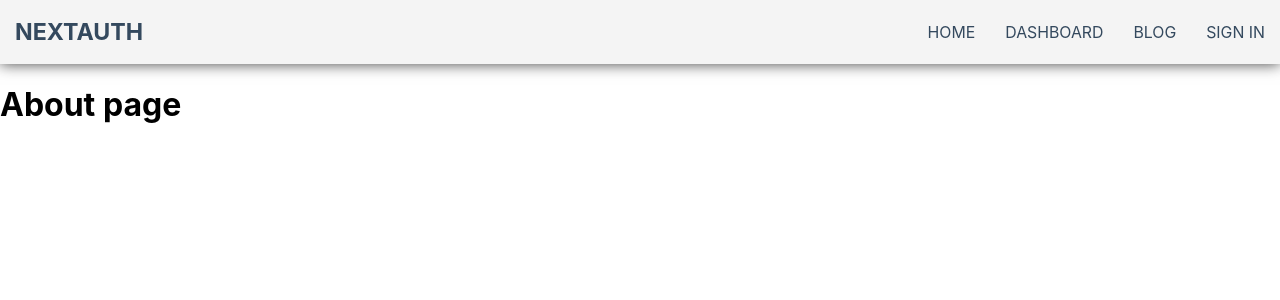
Repository: adeel146/nextjs
Page: /new
An editor plug-in stored every save of this project. The page is shown before and after the next save, followed by the edit.
The browser window is 1280 px wide. The pictures show the whole page.
The page's requests for data from a server got no answer. The project was rebuilt for these pictures with package versions that can differ from the ones it lists, and the page was loaded fresh each time. The framework's server and built-in components were replaced by stand-ins that run in the browser. No one was signed in, and anything a server would have sent is missing. Also part of the build but not shown: next.config.js.

Above is the page before, as saved 2022-02-10 11:52:16.

After the next save:
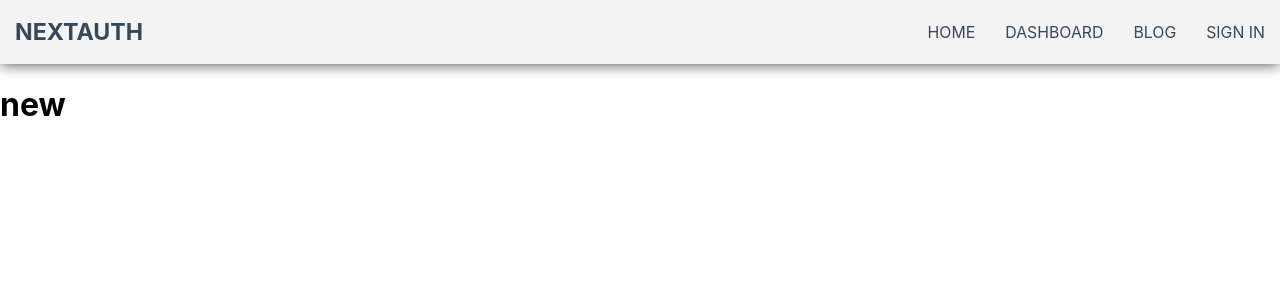
Saved 5 s later.
--- a/pages/new/index.js
+++ b/pages/new/index.js
@@ -1,4 +1,4 @@
 function About(){
-    return<h1>About page</h1>
+    return<h1>new</h1>
 }
 export default About
